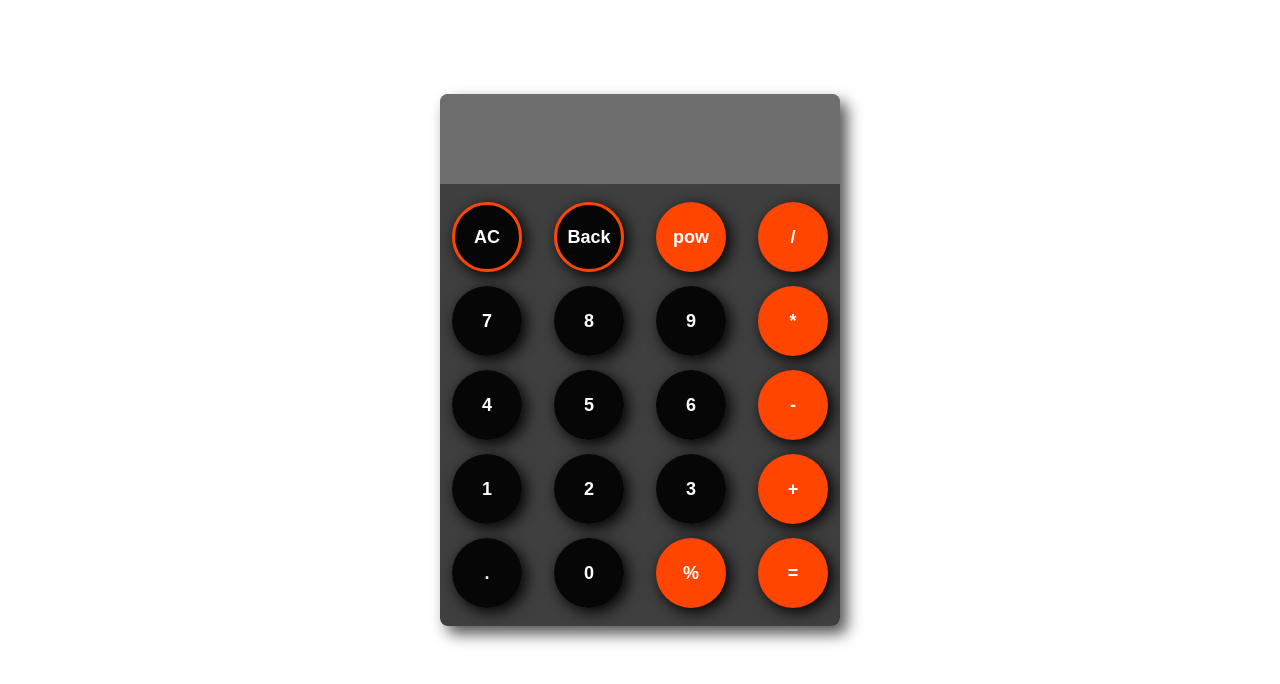
Repository: SakthivelDurai47/calculator
Page: index.html
These files come from the project's save history. The page is drawn as it stood at one moment and after the next save; the edit follows.
The browser window is 1280 px wide. The pictures show the whole page.

Above is the page before, as saved 2025-04-13 15:56:56.

### index.html
<!DOCTYPE html>
<html lang="en">
  <head>
    <meta charset="UTF-8" />
    <meta name="viewport" content="width=device-width, initial-scale=1.0" />
    <title>Calculator</title>
    <link rel="stylesheet" href="styles.css" />
  </head>
  <body>
    <div id="calculator">
      <input id="display" readonly />
      <div id="buttons">
        <button onclick="clearDisplay()" class="control">AC</button>
        <button onclick="removeFromDisplay()" class="control">Back</button>
        <button onclick="addToDisplay('**')" class="operator">pow</button>
        <button onclick="addToDisplay('/')" class="operator">/</button>
        <button onclick="addToDisplay('7')">7</button>
        <button onclick="addToDisplay('8')">8</button>
        <button onclick="addToDisplay('9')">9</button>
        <button onclick="addToDisplay('*')" class="operator">*</button>
        <button onclick="addToDisplay('4')">4</button>
        <button onclick="addToDisplay('5')">5</button>
        <button onclick="addToDisplay('6')">6</button>
        <button onclick="addToDisplay('-')" class="operator">-</button>
        <button onclick="addToDisplay('1')">1</button>
        <button onclick="addToDisplay('2')">2</button>
        <button onclick="addToDisplay('3')">3</button>
        <button onclick="addToDisplay('+')" class="operator">+</button>
        <button onclick="addToDisplay('.')">.</button>
        <button onclick="addToDisplay('0')">0</button>
        <button onclick="addToDisplay('%')" class="operator">%</button>
        <button onclick="calculate()" class="operator">=</button>
      </div>
    </div>
    <script src="index.js"></script>
  </body>
</html>

### styles.css
body {
  margin: 0;
  display: flex;
  justify-content: center;
  align-items: center;
  height: 100vh;
}
#buttons {
  display: grid;
  grid-template-columns: repeat(4, 1fr);
  gap: 8px;
  align-items: center;
  justify-items: center;
}
button {
  width: 70px;
  height: 70px;
  border-radius: 35px;
  border: none;
  background-color: rgba(0, 0, 0, 0.9);
  color: white;
  font-size: large;
  font-weight: bold;
  margin: 3px;
  margin-left: 10px;
  margin-right: 10px;
  box-shadow: 4px 4px 15px black;
}
button:hover {
  background-color: rgba(0, 0, 0, 0.5);
}
button:active {
  background-color: rgba(0, 0, 0, 0.1);
}
.control {
  border: 3px solid orangered;
}
.operator {
  background-color: orangered;
}
.operator:hover {
  background-color: rgba(255, 68, 0, 0.564);
}
.operator:active {
  background-color: rgba(255, 68, 0, 0.128);
}
#calculator {
  width: 400px;
  height: auto;
  background-color: rgba(0, 0, 0, 0.751);
  border-radius: 8px;
  box-shadow: 7px 8px 15px rgba(0, 0, 0, 0.678);
  overflow: hidden;
  padding-bottom: 15px;
}
#display {
  width: 100%;
  height: 70px;
  margin-bottom: 15px;
  border: none;
  background-color: rgba(137, 137, 137, 0.642);
  color: white;
  font-size: 38px;
  letter-spacing: 3px;
  font-weight: bold;
  padding: 10px;
}

### index.js
const display = document.getElementById("display");
let preValue = [""];
let errors = false;

function addToDisplay(input) {
  if (!errors) {
    display.value += input;
    preValue.push(display.value);
  } else {
    display.value = "";
    preValue = [""];
    errors = false;
    addToDisplay(input);
  }
}

function clearDisplay() {
  display.value = "";
  preValue = [""];
  errors = false;
}

function removeFromDisplay() {
  if (preValue.length > 1) {
    preValue.pop();
    display.value = preValue[preValue.length - 1];
    console.log(preValue);
  }
}

function calculate() {
  try {
    display.value = eval(display.value);
  } catch (error) {
    display.value = "error";
    errors = true;
  }
}

After the next save:
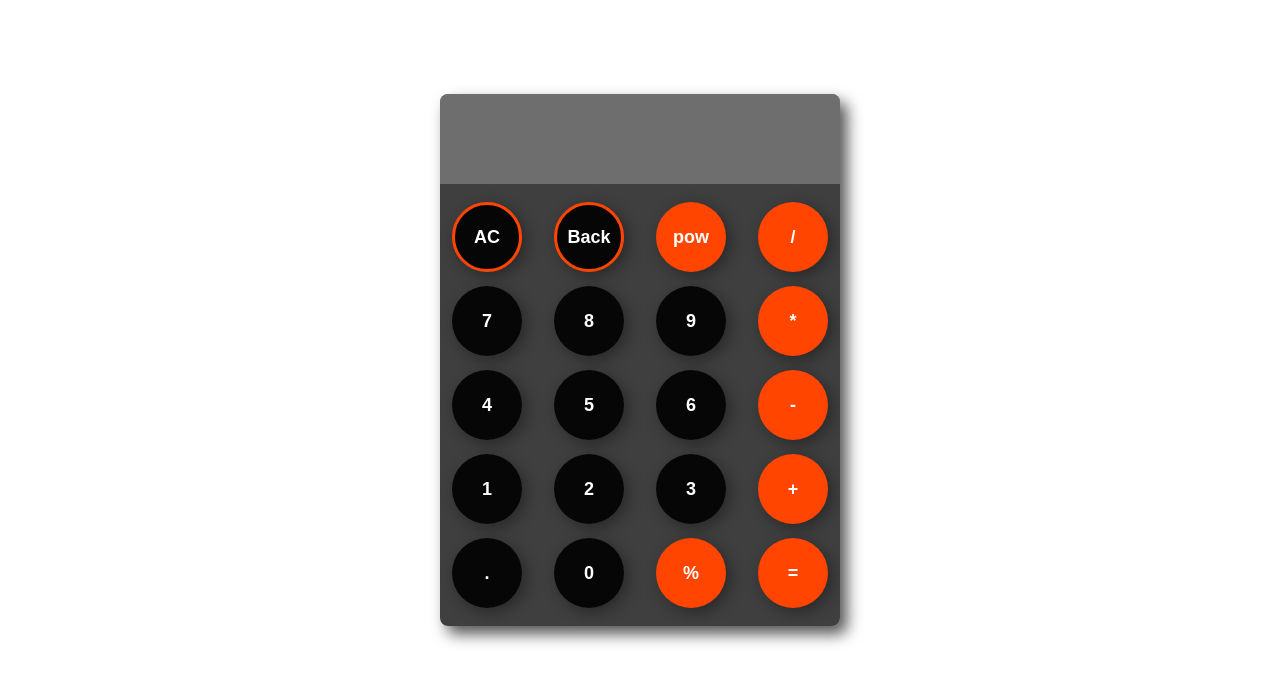
Saved 5 s later.
--- a/styles.css
+++ b/styles.css
@@ -24,7 +24,7 @@ button {
   margin: 3px;
   margin-left: 10px;
   margin-right: 10px;
-  box-shadow: 4px 4px 15px black;
+  box-shadow: 4px 4px 15px rgba(0, 0, 0, 0.363);
 }
 button:hover {
   background-color: rgba(0, 0, 0, 0.5);
